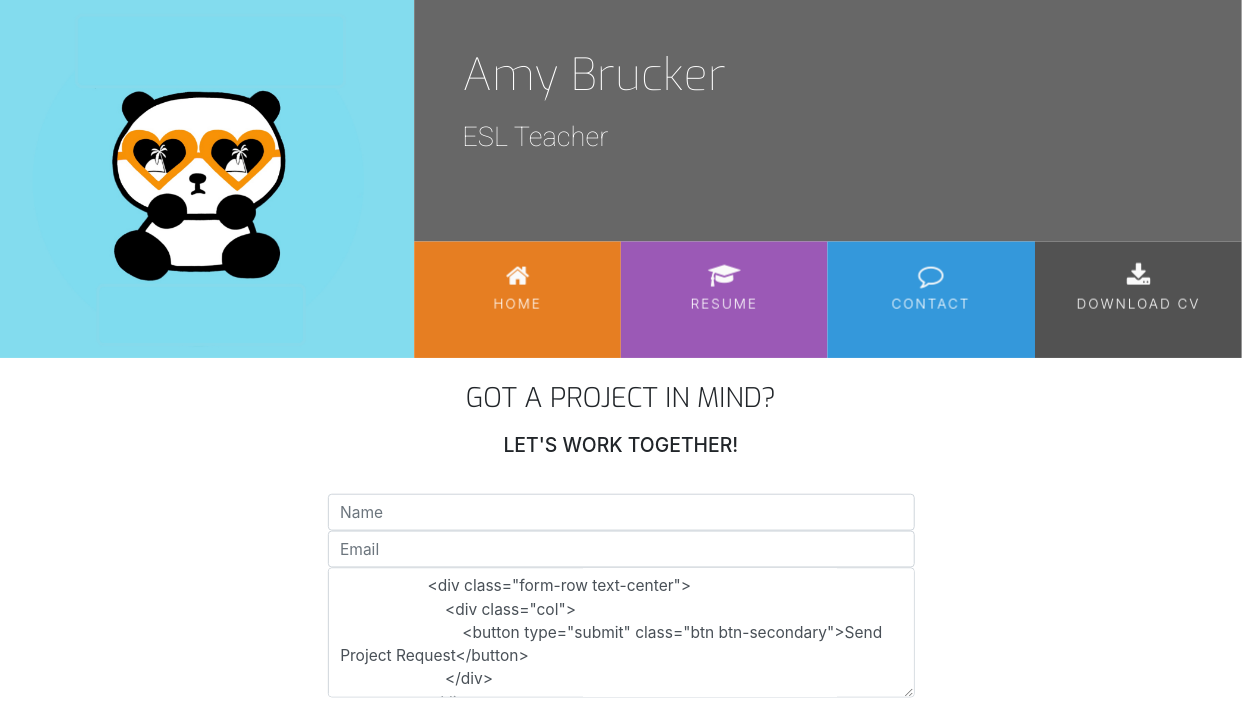
Repository: amybru/resume
Page: contact.html
The author's editor kept a record of every edit. The page is drawn from the files as they stood at one moment, then again after the next edit.
The browser window is 1280 px wide. The pictures show the whole page, at 97% of full size.
Some web libraries are served in a nearby version.

Above is the page before.

### contact.html
<!DOCTYPE html>
<html lang="en">
<head>
    <meta charset="UTF-8">
    <meta name="viewport" content="width=device-width, initial-scale=1.0">
    <meta http-equiv="X-UA-Compatible" content="ie=edge">
    <link rel="stylesheet" href="https://maxcdn.bootstrapcdn.com/bootstrap/4.2.1/css/bootstrap.min.css" type="text/css" />
    <link rel="stylesheet" href="https://maxcdn.bootstrapcdn.com/font-awesome/4.7.0/css/font-awesome.min.css" type="text/css" />
    <link rel="stylesheet" href="https://cdnjs.cloudflare.com/ajax/libs/hover.css/2.3.1/css/hover-min.css" type="text/css" />
    <link rel="stylesheet" href="assets/css/style.css">
    <title>Amy</title>
</head>
<body>
    <header>
        <div class="row no-gutters">
            <a class="col-md-4 logo" href="index.html"></a>
            <div class="col-md-8">
                <div class="row bg-color-name-title no-gutters">
                    <div class="col heading">
                        <h1 class="name">Amy Brucker</h1>
                        <h2 class="title"> ESL Teacher</h2>
                    </div>
                </div>
                <div class="row no-gutters">
                    <div class="col">
                        <ul id="nav" class="list-inline menucontainer">
                            <li class="col-6 col-sm-3 list-inline-item ui-menu-color-home menuitem">
                                <a href="#" class="hvr-sweep-to-bottom"><i class="fa fa-home" aria-hidden="true"></i><span>Home</span></a>
                            </li>
                            <li class="col-6 col-sm-3 list-inline-item ui-menu-color-resume menuitem">
                                <a href="#" class="hvr-sweep-to-bottom"><i class="fa fa-graduation-cap" aria-hidden="true"></i><span>Resume</span></a>
                            </li>
                            <li class="col-6 col-sm-3 list-inline-item ui-menu-color-contact menuitem">
                                <a href="#" class="hvr-sweep-to-bottom"><i class="fa fa-comment-o" aria-hidden="true"></i><span>Contact</span></a>
                            </li>
                            <li class="col-6 col-sm-3 list-inline-item ui-menu-color-download menuitem">
                                <a href="#" class="hvr-sweep-to-bottom"><i class="fa fa-download" aria-hidden="true"></i><span>Download CV</span></a>
                            </li>
                        </ul>
                    </div>
                </div>
            </div>
        </div>
    </header>


    <section class="container-fluid">
        <div class="row bg-color-contact">
            <div class="col">
                <h3 class="contact-heading uppercase text-center">Got a project in mind?</h3>
                <h5 class="uppercase text-center">Let's work together!</h5>
                <div class="center-form">
                <form>
                    <input type="text" name="name" id="fullname" class="form-control" placeholder="Name" required />
                    <input type="text" name="email" id="emailaddress" class="form-control" placeholder="Email" required />
                    <textarea rows="5" name="projectsummary" id="projectsummary" class="form-control" placeholder="Project Description" required />
                    <div class="form-row text-center">
                        <div class="col">
                            <button type="submit" class="btn btn-secondary">Send Project Request</button>
                        </div>
                    </div>
                </form>
                </div>
            </div>
        </div>
    </section>


    <footer class="container-fluid">
        <div id="footer-details" class="row">
            <div class="col-sm-4">
                <h5 class="uppercase general-sub">About</h5>
                <p class="inline-block">An ESL Teacher. Years of experience teaching many ages from young children to adults.</p>
            </div>

            <div class="col-sm-4">
                <h5 class="uppercase general-sub">Download</h5>
                <p class="inline-block">Need a printable copy of my CV? Download it here.</p>
                <a href="#" target="_blank" class="cv-pdf">
                    <i class="fa fa-download" aria-hidden="true"></i>
                    <span class="sr-only">Download link</span>
                </a>
            </div>

            <div class="col-sm-4">
                <h5 class="uppercase general-sub">Social</h5>
                <ul class="list-inline social-links">
                    <li class="list-inline-item">
                        <a target="_blank" href="#">
                            <i class="fa fa-facebook" aria-hidden="true"></i>
                            <span class="sr-only"Facebook></span>
                        </a>
                    </li>
                    <li class="list-inline-item">
                        <a target="_blank" href="#">
                            <i class="fa fa-twitter" aria-hidden="true"></i>
                            <span class="sr-only"Twitter></span>
                        </a>
                    </li>
                    <li class="list-inline-item">
                        <a target="_blank" href="#">
                            <i class="fa fa-linkedin" aria-hidden="true"></i>
                            <span class="sr-only">linkedin</span>
                        </a>
                    </li>
                    <li class="list-inline-item">
                        <a target="_blank" href="#">
                            <i class="fa fa-pinterest" aria-hidden="true"></i>
                            <span class="sr-only"Pinterest></span>
                        </a>
                    </li>
                    <li class="list-inline-item">
                        <a target="_blank" href="#">
                            <i class="fa fa-instagram" aria-hidden="true"></i>
                            <span class="sr-only"Instagram></span>
                        </a>
                    </li>
                    <li class="list-inline-item">
                        <a target="_blank" href="#">
                            <i class="fa fa-youtube" aria-hidden="true"></i>
                            <span class="sr-only"Youtube></span>
                        </a>
                    </li>
                </ul>
            </div>
        </div>


    </footer>
</body>
</html>

### assets/css/style.css
@import url('https://fonts.googleapis.com/css?family=Roboto:100,300,400,400i,500,700&display=swap');
@import url('https://fonts.googleapis.com/css?family=Exo:100,200,300,400,400i,500,600,700,800&display=swap');


/*--------------------------------------------Colors*/

.bg-color-name-title {
    background-color: #676767;
}

.bg-color-three-reasons {
    background-color: #fff;
}

.bg-color-personal-info {
    background-color: #f4f4f4;
}

.bg-color-work-history {
    background-color: #9b59b6;
}

.ui-menu-color-home {
    background-color: #e67e22;
}

.ui-menu-color-resume {
    background-color: #9b59b6;
}

.ui-menu-color-contact {
    background-color: #3498db;
}

.ui-menu-color-download {
    background-color: #525252;
}

.row-table {
    display: table;
}

.section-column {
    display: table-cell;
    padding: 0 30px 30px;
    float: none;
}

.section-heading {
    font-family: "Exo", sans-serif;
    font-weight: 300;
    margin-top: 25px;
    margin-bottom: 40px;
}

.bg-color-contact {
    background-color: #ffffff;
}

/* ----------------------------------------Special paddings/margins/text */

h1,
h2,
h3,
h4 {
    margin: 0;
}

.uppercase {
    text-transform: uppercase;
}

.general-sub {
    font-family: "Exo", sans-serif;
    font-weight: 300;
    color: #fafafa;
}

.inline-block {
    display: inline-block;
}

.row-table {
    display: table;
}

.section-column {
    display: table-cell;
    padding: 0 30px 30px;
    float: none;
}

.history-heading,
.section-heading {
    font-family: "Exo", sans-serif;
    font-weight: 300;
    margin-top: 25px;
    margin-bottom: 40px;
}

/*--------------------------------------------Heading*/

header {
    margin: 0;
}

.heading {
    margin-left: 50px;
}

.logo {
    background: url("../images/miamipanda2.jpg");
    background-position: center;
    background-repeat: no-repeat;
    background-size: cover;
    min-height: 360px;
    transition: all .5s ease-in-out;
    -moz-transition: all .5s ease-in-out;
    -webkit-transition: all .5s ease-in-out;
}

.name {
    font-family: "Exo", sans-serif;
    font-weight: 100;
    font-size: 46px;
    margin-top: 50px;
    color: #fff;
}

.title {
    font-family: "Roboto", sans-serif;
    font-weight: 200;
    font-size: 28px;
    margin-top: 20px;
    margin-bottom: 90px;
    color: #fff;
}

.list-inline-item:not(:last-child) {
    margin: 0;
}

.menucontainer {
    font-size: 0;
}

#nav li {
    font-size: 14px;
    padding: 0;
}

#nav {
    margin: 0;
}

.menuitem {
    height: 120px;
    text-align: center;
    padding: 0;
}

.menuitem a {
    width: 100%;
    text-decoration: none;
    color: #fff;
    height: 120px;
}

.menuitem a i {
    padding-top: 22px;
    display: block;
    color: #fafafa;
    font-size: 26px;
}

.menuitem span {
    display: block;
    width: 100%;
    padding-top: 5px;
    text-align: center;
    text-transform: uppercase;
    font-size: 14px;
    font-weight: 300;
    letter-spacing: 2px;
}

/*--------------------------------------------Hover.css*/

.hvr-sweep-to-bottom:before {
    background: rgba(0, 0, 0, 0.2);
    height: 120px;
}

/* ----------------------------------------Footer */

footer {
    background-color: #525252;
    color: #fafafa;
    min-height: 120px;
    margin: 0;
}

.cv-pdf i {
    font-size: 18px;
    color: #fafafa;
    text-align: center;
    padding-left: 5px;
    transition: all 0.35s ease-in-out;
    -moz-transition: all 0.35s ease-in-out;
    -webkit-transition: all 0.35s ease-in-out;
    -o-transition: all 0.35s ease-in-out;
}

.cv-pdf i:hover {
    color: #e84610;
}

.social-links {
    padding-bottom: 15px;
}

.social-links li a i {
    width: 32px;
    height: 32px;
    padding: 12px 0;
    border-radius: 50%;
    font-size: 13px;
    line-height: 7px;
    text-align: center;
    color: #fafafa;
    background: #8f8f8f;
    transition: all 0.35s ease-in-out;
    -moz-transition: all 0.35s ease-in-out;
    -webkit-transition: all 0.35s ease-in-out;
    -o-transition: all 0.35s ease-in-out;
}

.social-links li a i:hover {
    background: #e84610;
}

#footer-details {
    padding: 20px;
}

/* ----------------------------------------Three Reasons */

.three-reasons-icon {
    font-size: 26px;
    color: #e67e22;
}

.three-reasons-heading {
    margin-bottom: 15px;
}

/* ----------------------------------------Personal Info */

.personal-info-item {
    margin-bottom: 20px;
    display: block;
    clear: both;
}

.personal-info-item .key,
.personal-info-item .value {
    padding-right: 8px;
    display: inline-block;
}

.personal-info-item .key p,
.personal-info-item .value p {
    margin: 0;
}

.personal-info-item .key {
    width: 30%;
    margin-right: 21px;
    padding-top: 2px;
    vertical-align: top;
}

.personal-info-item .key p {
    font-weight: 700;
}

.personal-info-item .value {
    position: relative;
    width: 60%;
}

/* ----------------------------------------Skills */

.progress {
    position: relative;
    height: 25px;
    margin-bottom: 4px;
}

.progress-type {
    position: absolute;
    left: 0px;
    font-weight: 400;
    padding: 3px 30px 2px 10px;
    color: #fafafa;
    background-color: rgba(25, 25, 25, 0.2);
}

.progress-section {
    margin: 40px 20px;
}

/* ----------------------------------------Work History */

.history-heading {
    color: #fafafa;
    margin-bottom: 50px;
}

.timeline-item {
    padding: 4em 2em 0em 2em;
    position: relative;
    color: #fafafa;
    border-left: 1px solid;
}

.timeline-item p {
    padding: 0;
    margin: 0;
}

.timeline-item:before {
    content: attr(data-dates);
    position: absolute;
    left: 2.5em;
    top: 3em;
    display: block;
    font-family: "Exo", sans-serif;
    font-weight: 500;
    font-size: 0.8em;
    padding: 0;
    margin: 0;
}

.timeline-item:after {
    width: 12px;
    height: 12px;
    display: block;
    top: 2.4em;
    position: absolute;
    left: -6px;
    border-radius: 12px;
    content: '';
    background: #fafafa;
}

.history-items {
    margin-bottom: 30px;
}


/* ----------------------------------------Contact */

.contact-heading {
    font-family: "Exo", sans-serif;
    font-weight: 300;
    margin-top: 25px;
    margin-bottom: 20px;
}

.center-form {
    padding: 10px;
    margin: 0 auto;
    max-width: 70%;
}

button[type="submit"] {
    margin-top: 15px;
    margin-bottom: 30px;
    color: #fafafa;
    background-color: #e84610;
}


/* ----------------------------------------Media Queries */

@media(min-width: 992px) {
    .center-form {
    padding-top: 30px;
    min-height: 240px;
    margin: 0 auto;
    max-width: 50%;
}
}

After the next edit:
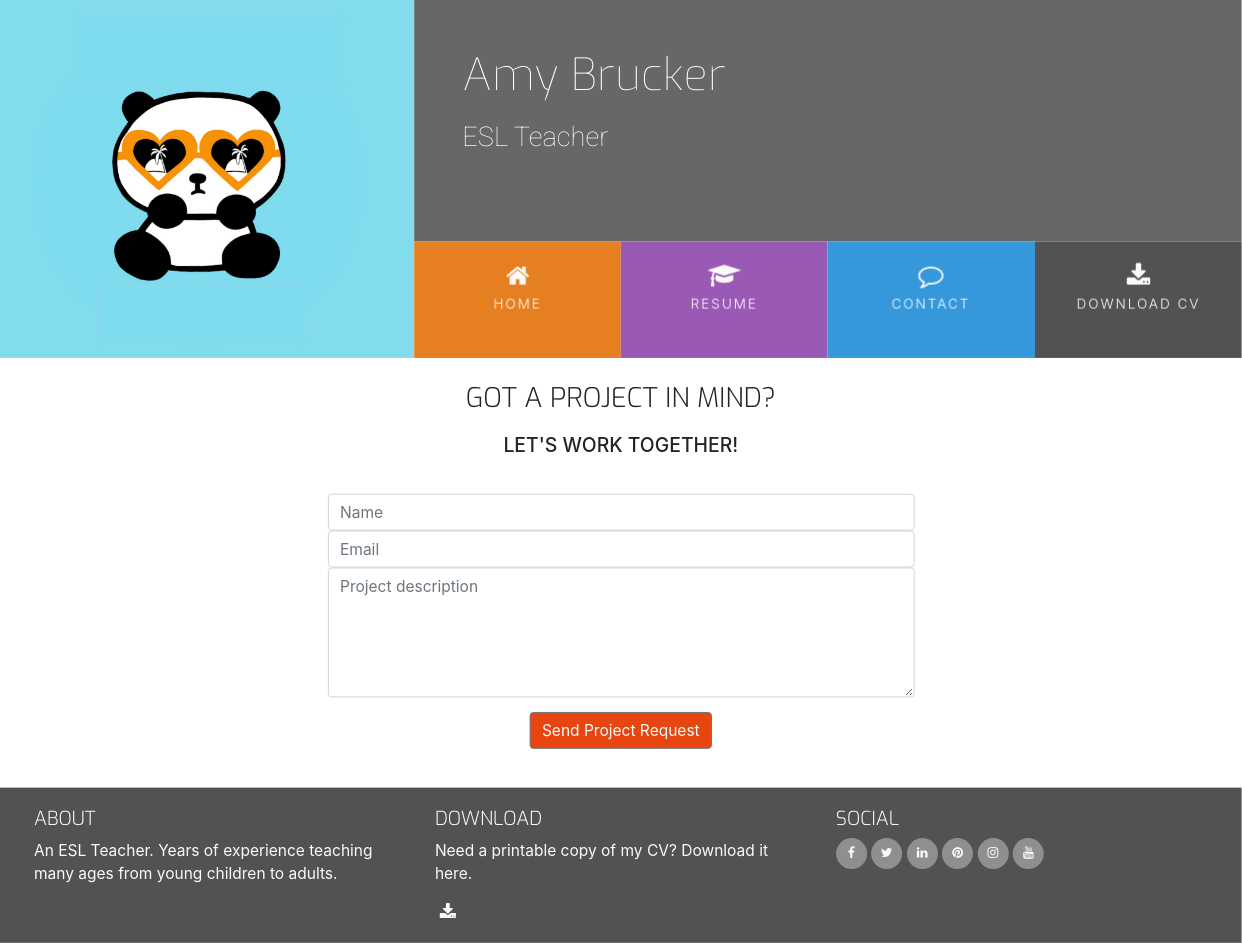
The edit:
--- a/contact.html
+++ b/contact.html
@@ -52,9 +52,9 @@
                 <div class="center-form">
                 <form>
                     <input type="text" name="name" id="fullname" class="form-control" placeholder="Name" required />
-                    <input type="text" name="email" id="emailaddress" class="form-control" placeholder="Email" required />
-                    <textarea rows="5" name="projectsummary" id="projectsummary" class="form-control" placeholder="Project Description" required />
-                    <div class="form-row text-center">
+                    <input type="email" name="email" id="emailaddress" class="form-control" placeholder="Email" required />
+                        <textarea rows="5" name="projectsummary" id="projectsummary" class="form-control" placeholder="Project description" required></textarea>
+                        <div class="form-row text-center">
                         <div class="col">
                             <button type="submit" class="btn btn-secondary">Send Project Request</button>
                         </div>
